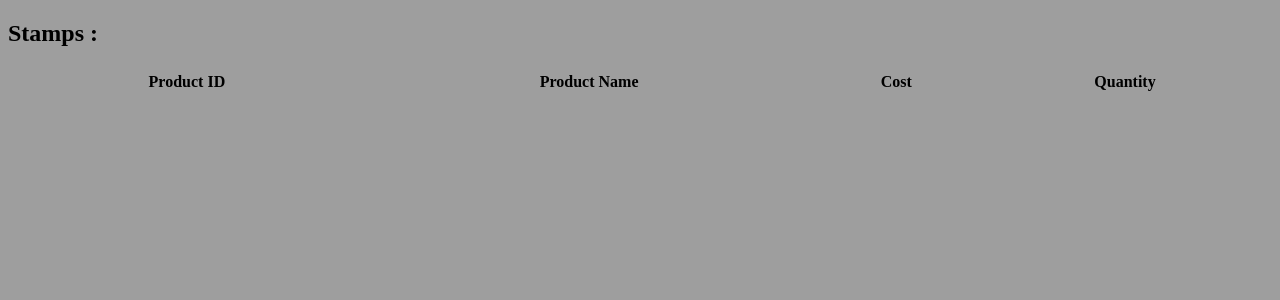
Repository: pratikmathur279/E-Postal-Services-1
Page: http://localhost/Project/stamps_catalog.jsp
These files come from the project's save history. The page is drawn as it stood at one moment and after the next save; the edit follows.
The browser window is 1280 px wide. The pictures show the whole page.
The page is served by Tomcat 9. Queries for data that is not in the repository find no rows.

Above is the page before, as saved 2014-07-29 06:30:31.

After the next save:
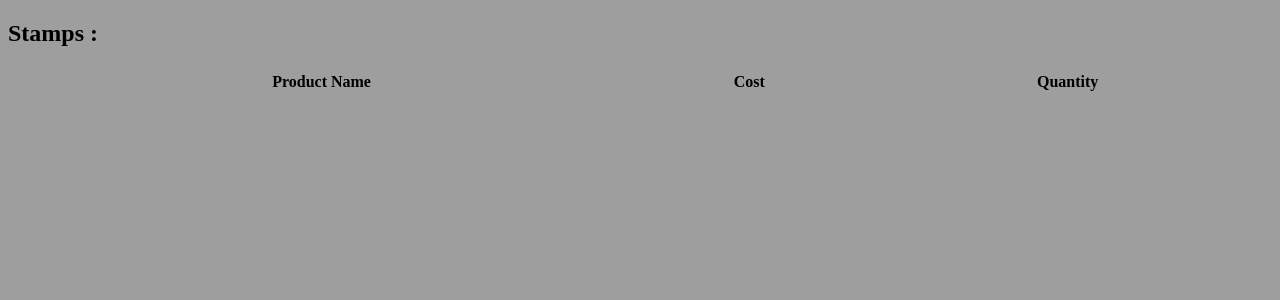
Saved 15 s later.
--- a/Project/WebContent/stamps_catalog.jsp
+++ b/Project/WebContent/stamps_catalog.jsp
@@ -13,7 +13,6 @@
 	<h2>Stamps : </h2>
 	<table cellpadding="4" width="100%">
 	<tr align="center" >
-	<th>Product ID</th>
 	<th>Product Name</th>
 	<th>Cost</th>
 	<th>Quantity</th>
